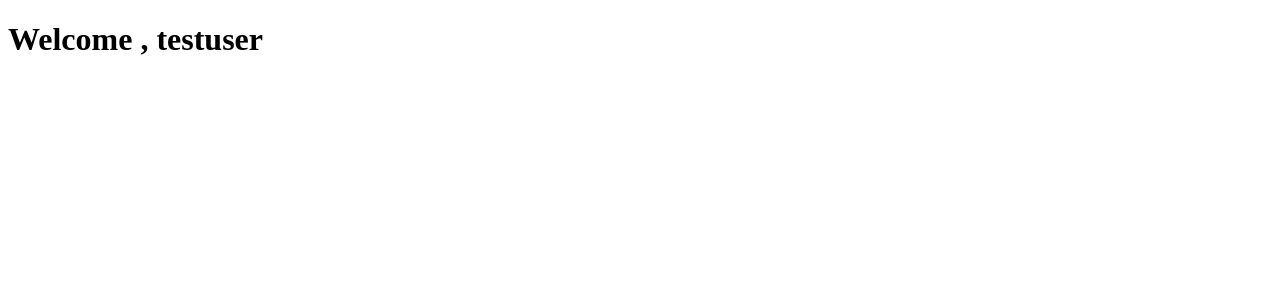
Repository: Rahul-Rajbhandari/E-com-Java-Project
Page: http://localhost/Java_Project/welcome.jsp
An editor plug-in stored every save of this project. The page is shown before and after the next save, followed by the edit.
The browser window is 1280 px wide. The pictures show the whole page.
The page is served by Tomcat 10. The session is filled in as if someone had signed in: {"username": "testuser"}.

Above is the page before, as saved 2024-04-27 05:00:35.

After the next save:
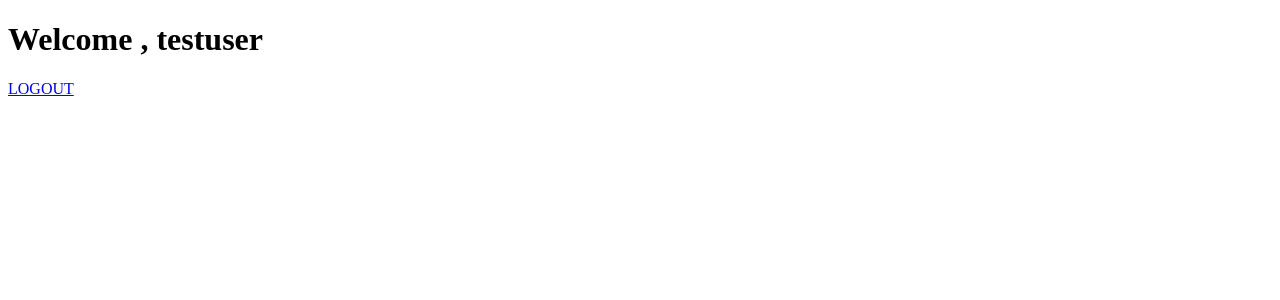
Saved 4 min 51 s later.
--- a/Java_Project/src/main/webapp/welcome.jsp
+++ b/Java_Project/src/main/webapp/welcome.jsp
@@ -16,6 +16,7 @@
 		String username = (String) session2.getAttribute("username");
 %>
 	<h1>Welcome , <%=username %></h1>
+	<a href = "logout.jsp">LOGOUT</a>
 
 <%
 	}else {
